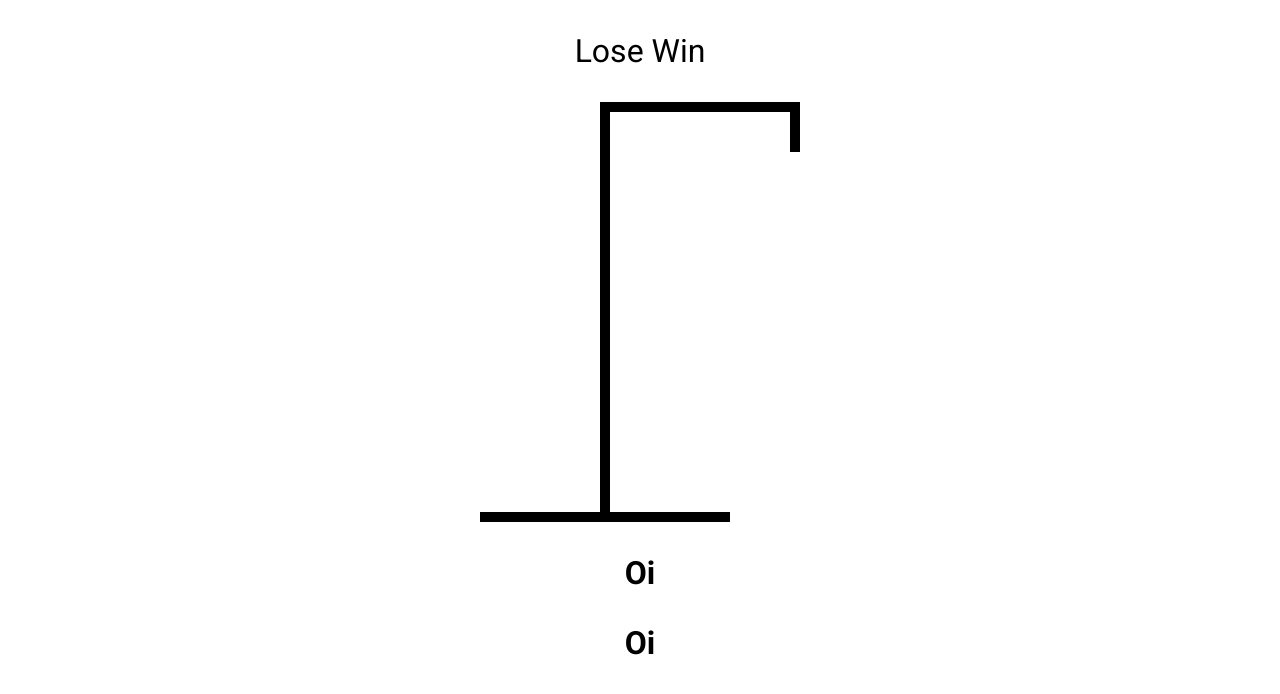
Repository: guilhermecardoso93/jogodaforca
Page: /
An editor plug-in stored every save of this project. The page is shown before and after the next save, followed by the edit.
The browser window is 1280 px wide. The pictures show the whole page.
The project was rebuilt for these pictures with package versions that can differ from the ones it lists, and the page was loaded fresh each time. Also part of the build but not shown: vite.config.ts.

Above is the page before, as saved 2022-12-06 21:01:47.

### index.html
<!DOCTYPE html>
<html lang="en">
  <head>
    <meta charset="UTF-8" />
    <link rel="icon" type="image/svg+xml" href="/vite.svg" />
    <meta name="viewport" content="width=device-width, initial-scale=1.0" />
    <link rel="preconnect" href="https://fonts.googleapis.com"><link
      rel="preconnect" href="https://fonts.gstatic.com" crossorigin><link
      href="https://fonts.googleapis.com/css2?family=Roboto:ital,wght@0,400;0,500;0,700;1,400&display=swap"
      rel="stylesheet">
    <title>Vite + React + TS</title>
  </head>
  <body>
    <div id="root"></div>
    <script type="module" src="/src/main.tsx"></script>
  </body>
</html>

### src/App.tsx
import { useState } from "react";
import words from "./wordList.json";

import { HangmanDrawing } from "./components/HangmanDrawing";
import { HangmanWord } from "./components/HangmanWord";
import { Keyboard } from "./components/Keyboard";

import "./App.css";

export function App() {
  const randomWords = () => {
    return words[Math.floor(Math.random() * words.length)];
  };

  const [wordToGuess, setWordToGuess] = useState(randomWords);
  const [guessedLetters, setGuessedLetters] = useState<string[]>([]);

  console.log(wordToGuess);
  return (
    <div className="container">
      <div className="loseOrWin">Lose Win</div>
      <HangmanDrawing />
      <HangmanWord />
      <Keyboard />
    </div>
  );
}

### src/wordList.json
[
  "capaz",
  "sobre",
  "absoluto",
  "aceitar",
  "conta",
  "alcançar",
  "através",
  "ativo",
  "real",
  "Admitem",
  "anunciar",
  "afetar",
  "proporcionar",
  "depois",
  "tarde",
  "novamente",
  "contra",
  "agente",
  "aceita",
  "permitir",
  "quase",
  "já",
  "tudo bem",
  "também",
  "Apesar",
  "sempre",
  "América",
  "quantia",
  "outro",
  "responda",
  "separado",
  "aparente",
  "aparecer",
  "Aplique",
  "nomear",
  "abordagem",
  "apropriado",
  "área",
  "argumentar",
  "arranjo",
  "associado",
  "presumir",
  "participar",
  "autoridade",
  "acessível",
  "consciente",
  "horrível",
  "bebê",
  "Saldo",
  "bola",
  "banco",
  "base",
  "base",
  "urso",
  "bater",
  "beleza",
  "Porque",
  "antes da",
  "começar",
  "acreditam",
  "beneficiar",
  "melhor",
  "entre",
  "conta",
  "nascimento",
  "Preto",
  "cara",
  "sangue",
  "golpe",
  "limite",
  "linha",
  "Lista",
  "ouço",
  "pequena",
  "viver",
  "carregar",
  "local",
  "trancar",
  "Londres",
  "grandes",
  "olhar",
  "senhor",
  "perder",
  "amor",
  "sorte",
  "almoço",
  "máquina",
  "faço",
  "gerir",
  "muitos",
  "marca",
  "mercado",
  "casar",
  "Combine",
  "matéria",
  "significa",
  "significado",
  "a medida",
  "encontrar",
  "membro",
  "menção",
  "meio",
  "poderia",
  "milha",
  "ouvir",
  "coração",
  "aquecer",
  "pesado",
  "inferno",
  "ajuda",
  "aqui",
  "Alto",
  "história",
  "aguarde",
  "feriado",
  "casa",
  "honesto",
  "esperança",
  "cavalo",
  "hospital",
  "hora",
  "lar",
  "Contudo",
  "olá",
  "centenas",
  "esposo",
  "idéia",
  "identificar",
  "Imagine",
  "importante",
  "melhorar",
  "incluir",
  "renda",
  "aumentar",
  "na verdade",
  "Individual",
  "indústria",
  "informar",
  "garantir",
  "interesse",
  "em",
  "introduzir",
  "investir",
  "envolver",
  "questão",
  "item",
  "Jesus",
  "Junte",
  "juiz",
  "pular",
  "apenas",
  "guarda",
  "matar",
  "Gentil",
  "rei",
  "cozinha",
  "bater",
  "conhecer",
  "trabalho",
  "senhora",
  "terra",
  "Língua",
  "ampla",
  "último",
  "tarde",
  "riso",
  "conduzir",
  "aprender",
  "sair",
  "deixei",
  "menos",
  "carta",
  "nível",
  "vida",
  "leve",
  "Curti",
  "provável",
  "cinco",
  "apartamento",
  "piso",
  "Segue",
  "Comida",
  "pé",
  "força",
  "esquecer",
  "Formato",
  "fortuna",
  "frente",
  "quatro",
  "França",
  "gratuitamente",
  "amigo",
  "a partir de",
  "frente",
  "cheio",
  "função",
  "fundo",
  "futuro",
  "jogos",
  "jardim",
  "em geral",
  "Alemanha",
  "menina",
  "dar",
  "vidro",
  "Boa",
  "adeus",
  "governo",
  "grande",
  "conceder",
  "excelente",
  "verde",
  "chão",
  "grupo",
  "crescer",
  "acho",
  "cabelo",
  "metade",
  "corredor",
  "mão",
  "pendurar",
  "acontecer",
  "feliz",
  "duro",
  "odiar",
  "tenho",
  "cabeça",
  "saúde"
]

### src/components/HangmanDrawing.tsx
const HEAD = (
  <div
    style={{
      width: "50px",
      height: "50px",
      borderRadius: "100%",
      border: "10px solid black",
      position: "absolute",
      top: "50px",
      right: "-30px",
    }}
  />
);

const BODY = (
  <div
    style={{
      width: "10px",
      height: "100px",
      background: "black",
      position: "absolute",
      top: "120px",
      right: 0,
    }}
  />
);

const RIGHT_ARM = (
  <div
    style={{
      width: "100px",
      height: "10px",
      background: "black",
      position: "absolute",
      top: "150px",
      right: "-100px",
      rotate: "-30deg",
      transformOrigin: "left bottom",
    }}
  />
);

const LEFT_ARM = (
  <div
    style={{
      width: "100px",
      height: "10px",
      background: "black",
      position: "absolute",
      top: "150px",
      right: "10px",
      rotate: "30deg",
      transformOrigin: "right bottom",
    }}
  />
);

const RIGHT_LEG = (
  <div
    style={{
      width: "100px",
      height: "10px",
      background: "black",
      position: "absolute",
      top: "210px",
      right: "-90px",
      rotate: "60deg",
      transformOrigin: "left bottom",
    }}
  />
);

const LEFT_LEG = (
  <div
    style={{
      width: "100px",
      height: "10px",
      background: "black",
      position: "absolute",
      top: "210px",
      right: 0,
      rotate: "-60deg",
      transformOrigin: "right bottom",
    }}
  />
);

const BODY_PARTS = [HEAD, BODY, RIGHT_ARM, LEFT_ARM, RIGHT_LEG, LEFT_LEG];

type HangmanDrawingProps = {
  numberOfGuesses: number
}

export function HangmanDrawing() {
  return (
    <div style={{ position: "relative" }}>
      <div
        style={{
          height: "50px",
          width: "10px",
          background: "black",
          position: "absolute",
          top: 0,
          right: 0,
        }}
      />
      <div
        style={{
          height: "10px",
          width: "200px",
          background: "black",
          marginLeft: "120px",
        }}
      />
      <div
        style={{
          height: "400px",
          width: "10px",
          background: "black",
          marginLeft: "120px",
        }}
      />
      <div style={{ height: "10px", width: "250px", background: "black" }} />
    </div>
  );
}

### src/components/HangmanWord.tsx
export function HangmanWord() {
  return (
    <div>
      <h1>Oi</h1>
    </div>
  )
}

### src/components/Keyboard.tsx
export function Keyboard() {
  return (
    <div>
      <h1>Oi</h1>
    </div>
  )
}

### src/App.css
* {
  margin: 0;
  passing: 0;
  box-sizing: border-box;
  font-family: 'Roboto', sans-serif;
}

body {
  margin: 2rem;
}

.container {
  max-width: 800px;
  display: flex;
  flex-direction: column;
  gap: 2rem;
  margin: 0 auto;
  align-items: center;
  justify-content: center;
}

.loseOrWin {
  font-size: 2rem;
  text-align: center;
}

Loaded but not shown: src/main.tsx (common file)

After the next save:
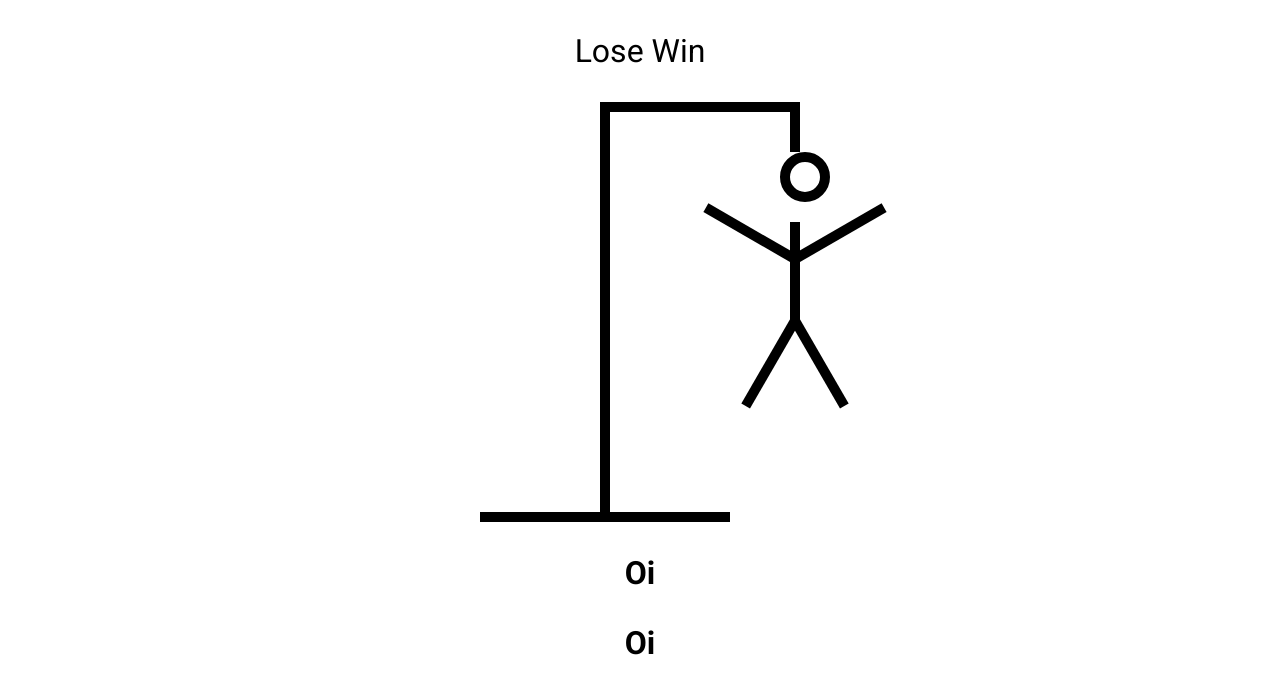
Saved 87 s later.
--- a/src/components/HangmanDrawing.tsx
+++ b/src/components/HangmanDrawing.tsx
@@ -94,6 +94,7 @@ type HangmanDrawingProps = {
 export function HangmanDrawing() {
   return (
     <div style={{ position: "relative" }}>
+      {BODY_PARTS}
       <div
         style={{
           height: "50px",
